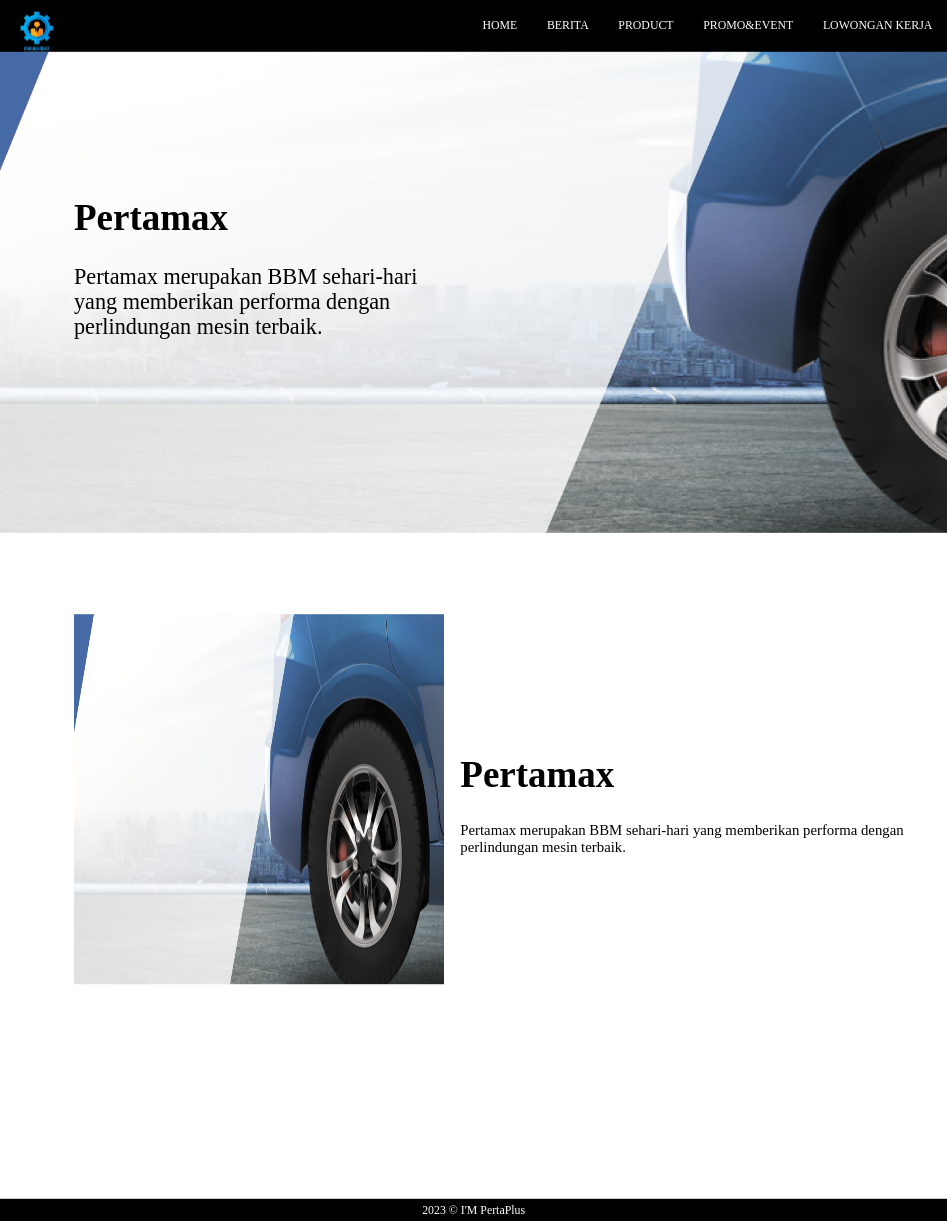
Repository: rizalardi34/project-mypertaplus
Page: pertamax.html
These files come from the project's save history. The page is drawn as it stood at one moment and after the next save; the edit follows.
The browser window is 1280 px wide. The pictures show the whole page, at 74% of full size.

Above is the page before, as saved 2023-04-25 13:13:58.

### pertamax.html
<html>
    <head>
        <title>Management Karyawan</title>
    </head>
    <body style="margin: 0; padding: 0; height: 100%;">
        <div>
            <div>
                <nav style="width:100%; background-color: black; position: fixed; top:0; height: 70px; display: flex; justify-content:space-between;">
                    <div class="logo">
                        <img src="logo.png" style="padding-top: 0px; padding-left: 10px; width: 80px;" >
                    </div>
                    <ul style="display: flex; list-style-type: none; line-height: 35px;">
                        <li><a href="./home.html" style="text-decoration: none; color:white; padding: 0px 20px;">HOME</a></li>
                        <li><a href="./profile.html" style="text-decoration: none; color:white; padding: 0px 20px; ">BERITA</a></li>
                        <li><a href="./product.html" style="text-decoration: none; color:white; padding: 0px 20px; ">PRODUCT</a></li>
                        <li><a href="dataKaryawan.html" style="text-decoration: none; color:white; padding: 0px 20px; ">PROMO&EVENT</a></li>
                        <li><a href="#" style="text-decoration: none; color:white; padding: 0px 20px; ">LOWONGAN KERJA</a></li>
                    </ul>
                </nav>
            </div>
            <div style="background-image: url(Main.png); background-repeat: no-repeat; background-size: cover; height: 100%;width: 100%; display: flex; justify-content: center; align-items: center;">
                <div style=" height: 100%; width: 100%; display: flex; justify-content: start; align-items: center; padding-left: 100px;">
                    <div style="width: 40%;">
                        <h1 style=" font-size: 50px; ">Pertamax</h1>
                        <p style=" font-size: 30px; ">Pertamax merupakan BBM sehari-hari yang memberikan performa dengan perlindungan mesin terbaik.</p>
                    </div>
                </div>
            </div>
            <div style=" height: 100%; width: auto; gap: 50px; display: flex; justify-content: start; align-items: center; padding-left: 100px;">
                <div style="width: 40%;">
                    <img src="./Main.png" alt="logo" height="500px" width="500px">
                </div>
                <div style="width: 60%;">
                    <h1 style=" font-size: 50px; ">Pertamax</h1>
                    <p style=" font-size: 20px; ">Pertamax merupakan BBM sehari-hari yang memberikan performa dengan perlindungan mesin terbaik.</p>
                </div>
            </div>
            <div style="margin-top: 25vh;background-color: black;height: 30px;display: flex;justify-content: center;align-items: center;color: white;">
                <p>2023 © I'M PertaPlus</p>
            </div>
        </div>
    </body>
</html>

After the next save:
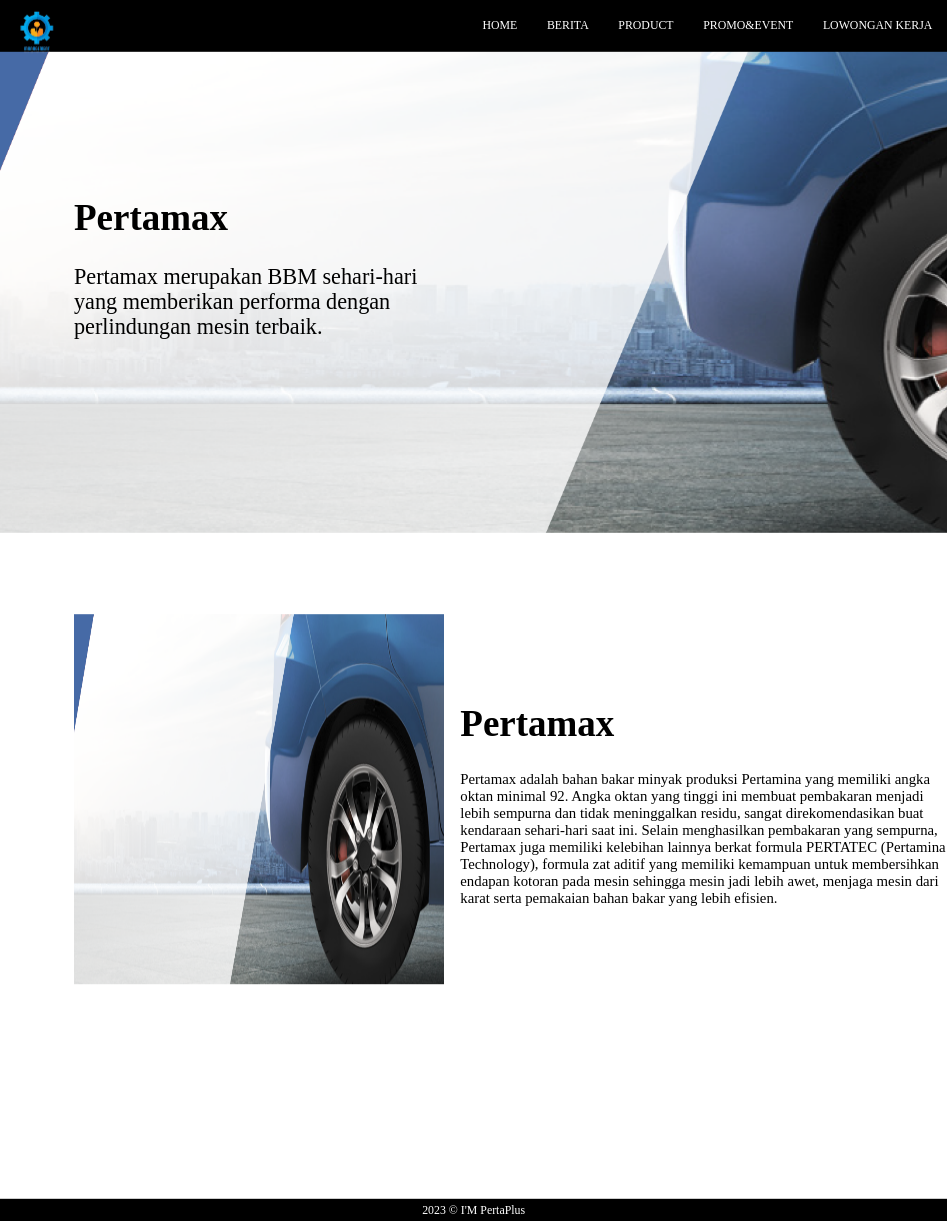
Saved 17 s later.
--- a/pertamax.html
+++ b/pertamax.html
@@ -32,7 +32,7 @@
                 </div>
                 <div style="width: 60%;">
                     <h1 style=" font-size: 50px; ">Pertamax</h1>
-                    <p style=" font-size: 20px; ">Pertamax merupakan BBM sehari-hari yang memberikan performa dengan perlindungan mesin terbaik.</p>
+                    <p style=" font-size: 20px; ">Pertamax adalah bahan bakar minyak produksi Pertamina yang memiliki angka oktan minimal 92. Angka oktan yang tinggi ini membuat pembakaran menjadi lebih sempurna dan tidak meninggalkan residu, sangat direkomendasikan buat kendaraan sehari-hari saat ini. Selain menghasilkan pembakaran yang sempurna, Pertamax juga memiliki kelebihan lainnya berkat formula PERTATEC (Pertamina Technology), formula zat aditif yang memiliki kemampuan untuk membersihkan endapan kotoran pada mesin sehingga mesin jadi lebih awet, menjaga mesin dari karat serta pemakaian bahan bakar yang lebih efisien.</p>
                 </div>
             </div>
             <div style="margin-top: 25vh;background-color: black;height: 30px;display: flex;justify-content: center;align-items: center;color: white;">
